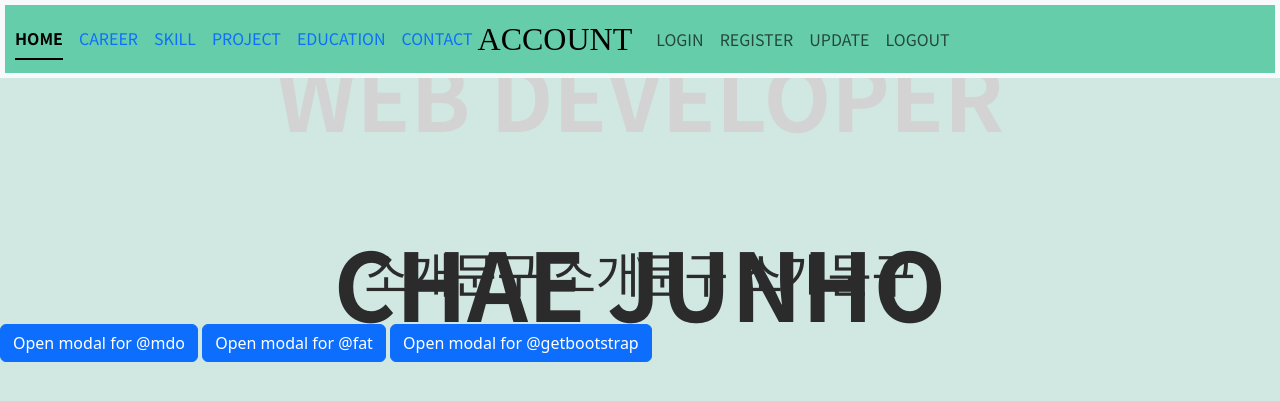
Repository: chaejunho689/bitcamp
Page: PersonalProject/src/main/webapp/index.html
An editor plug-in stored every save of this project. The page is shown before and after the next save, followed by the edit.
The browser window is 1280 px wide. The pictures show the whole page.

Above is the page before, as saved 2024-08-29 09:38:56.

### PersonalProject/src/main/webapp/index.html
<!DOCTYPE html>
<html>
<head>
<meta charset="UTF-8">
<title>Insert title here</title>
<link href="https://cdn.jsdelivr.net/npm/bootstrap@5.3.3/dist/css/bootstrap.min.css" rel="stylesheet" integrity="sha384-QWTKZyjpPEjISv5WaRU9OFeRpok6YctnYmDr5pNlyT2bRjXh0JMhjY6hW+ALEwIH" crossorigin="anonymous">
<link rel="stylesheet" href="./css/global.css" />
<style type="text/css">
</style>
</head>
<body>



	<!-- gnb -->
	<nav class="navbar navbar-expand-lg bg-body-tertiary" id="navbar_top">
		<div class="container-fluid" id="navbar_top">
		<ul class="nav nav-underline justify-content-end" id="navbar_top">
			<li class="nav-item"><a class="nav-link active"
				aria-current="page" href="./index.html">HOME</a></li>
			<li class="nav-item"><a class="nav-link" href="#">CAREER</a></li>
			<li class="nav-item"><a class="nav-link" href="#">SKILL</a></li>
			<li class="nav-item"><a class="nav-link" href="#">PROJECT</a></li>
			<li class="nav-item"><a class="nav-link" href="#">EDUCATION</a></li>
			<li class="nav-item"><a class="nav-link" href="./contact.html">CONTACT</a></li>
		</ul>
		<button class="navbar-toggler" style="border: 0px;" type="button" data-bs-toggle="collapse" data-bs-target="#navbarTogglerDemo01" aria-controls="navbarTogglerDemo01" aria-expanded="false" aria-label="Toggle navigation">
			<span class="navbar-toggler-icon"></span>
		</button>
			<div class="collapse navbar-collapse " id="navbarTogglerDemo01">
				<a class="navbar-brand" href="#">ACCOUNT</a>
				<ul class="navbar-nav me-auto mb-2 mb-lg-0">
					<li class="nav-item"><a class="nav-link" aria-current="page" href="./login.html">LOGIN</a></li>
					<li class="nav-item"><a class="nav-link" href="./register.html">REGISTER</a></li>
					<li class="nav-item"><a class="nav-link" href="./update.html">UPDATE</a></li>
					<li class="nav-item"><a class="nav-link" href="#">LOGOUT</a></li> <!-- model창 -->
				</ul>
			</div>
		</div>
	</nav>
	<div id="maincontent"> <!-- content -->
		<div id="div_job">
			<p> WEB DEVELOPER	</p>
		</div >
		<div id="div_name">
			<p> CHAE JUNHO </p>
		</div>
		<div id="div_copyright">\
			<p > 소개문구 소개문구 소개문구  </p>
			<p style="display: none;"> 끊임없이 생각하고 발전하는 개발자 채준호입니다. </p>
		</div>
	</div>


<button type="button" class="btn btn-primary" data-bs-toggle="modal" data-bs-target="#exampleModal" data-bs-whatever="@mdo">Open modal for @mdo</button>
<button type="button" class="btn btn-primary" data-bs-toggle="modal" data-bs-target="#exampleModal" data-bs-whatever="@fat">Open modal for @fat</button>
<button type="button" class="btn btn-primary" data-bs-toggle="modal" data-bs-target="#exampleModal" data-bs-whatever="@getbootstrap">Open modal for @getbootstrap</button>

<div class="modal fade" id="exampleModal" tabindex="-1" aria-labelledby="exampleModalLabel" aria-hidden="true" style="display: none;">
  <div class="modal-dialog">
    <div class="modal-content">
      <div class="modal-header">
        <h5 class="modal-title" id="exampleModalLabel">New message</h5>
        <button type="button" class="btn-close" data-bs-dismiss="modal" aria-label="Close"></button>
      </div>
      <div class="modal-body">
        <form>
          <div class="mb-3">
            <label for="recipient-name" class="col-form-label">Recipient:</label>
            <input type="text" class="form-control" id="recipient-name">
          </div>
          <div class="mb-3">
            <label for="message-text" class="col-form-label">Message:</label>
            <textarea class="form-control" id="message-text"></textarea>
          </div>
        </form>
      </div>
      <div class="modal-footer">
        <button type="button" class="btn btn-secondary" data-bs-dismiss="modal">Close</button>
        <button type="button" class="btn btn-primary">Send message</button>
      </div>
    </div>
  </div>
</div>

<script src="https://cdn.jsdelivr.net/npm/bootstrap@5.3.3/dist/js/bootstrap.bundle.min.js" integrity="sha384-YvpcrYf0tY3lHB60NNkmXc5s9fDVZLESaAA55NDzOxhy9GkcIdslK1eN7N6jIeHz" crossorigin="anonymous"></script>
<script type="text/javascript" src="http://code.jquery.com/jquery-3.7.1.min.js"></script>
<script type="text/javascript">
$(function() {

	var exampleModal = document.getElementById('exampleModal')
	exampleModal.addEventListener('show.bs.modal', function (event) {
	  // Button that triggered the modal
	  var button = event.relatedTarget
	  // Extract info from data-bs-* attributes
	  var recipient = button.getAttribute('data-bs-whatever')
	  // If necessary, you could initiate an AJAX request here
	  // and then do the updating in a callback.
	  //
	  // Update the modal's content.
	  var modalTitle = exampleModal.querySelector('.modal-title')
	  var modalBodyInput = exampleModal.querySelector('.modal-body input')

	  modalTitle.textContent = 'New message to ' + recipient
	  modalBodyInput.value = recipient
	})
});
</script>
</body>
</html>

### PersonalProject/src/main/webapp/css/global.css
@charset "UTF-8";
@import url('https://fonts.googleapis.com/css2?family=Work+Sans:ital,wght@0,100..900;1,100..900&display=swap');
@import url('https://fonts.googleapis.com/css2?family=Noto+Sans+KR:wght@100..900&family=Work+Sans:ital,wght@0,100..900;1,100..900&display=swap');


* {
		font-family: 'Noto Sans KR';
	}

	body {
		background-color: #d0e7e2;
	}
	.navbar-brand {
		font-size: 2em;
		font-family: 'Bebas Neue';
	}

	#navbar_top {
		background-color: #66CDAA;
		padding: 5px 5px 5px 5px;
	}

	#navbar_top > li {
		font-family: 'Work Sans';
	}

	#navbar_top > li > a:visited {
    	color: #000000 !important;
	}

	#navbar_top > li > a:hover, ul.nav li a:active {
	    color: #000000 !important;
	}

	#navbar_top > li.active a {
	    color: #000000 !important;
	}

	#maincontent > div {
		font-family: 'Work Sans';

	}

	#maincontent > div > p {
		text-align: center;
	}

	#div_name > p {
		font-weight: 900;
		font-size: 5.9em;
		color : #2b2b2b;
		margin-top : 50px;
		margin-bottom: -100px;
		position : relative;
		z-index: 100;
	}

	#div_job > p {
		font-weight: 800;
		font-size: 5.5em;
		color: #D3D3D3;
		margin-top: -100px;
		position : relative;
		z-index: -5;
	}



	#div_copyright > p {
		font-family: 'Noto Sans KR' !important;
		font-size: 3em;
		font-weight: 400;
		color: #2b2b2b;
		margin-top: -40px;
	}

	/************************/
	 /* 메인 컨텐츠 스타일 */
    #maincontent {
        text-align: center;
        margin-top: 50px;
        position: relative;
    }

    /* 이미지 컨테이너 스타일 */
    .image-container {
    	padding-top: 50px;
        position: relative;
        display: inline-block;
        margin: 10px;
        transition: transform 0.3s ease;
    }

    /* 이미지 스타일 */
    .image-container img {
        border: 5px solid rgba(255, 255, 255, 0.5);
        border-radius: 10px;
        width: 800px;
        height: 800px;
        object-fit: cover;
        transition: opacity 0.3s ease;
    }

    /* 이미지 오버레이 효과 */
    .image-container:hover img {
        opacity: 0.7;
    }

    /* 이미지 겹치기 효과 */
    .image1 {
	/*         transform: rotate(-5deg); */
        z-index: 1;
    }

    .image2 {
	/*         transform: rotate(5deg); */
		top: -50px;
        z-index: 2;
        margin-left: -100px;
    }


	/************게시판글쓰기버튼************/
    /* 기본 상태 스타일링 */
	.write-btn {
	    transition: background-color 0.3s ease, border-color 0.3s ease, color 0.3s ease;
	    border-color: #66CDAA;
	    background-color: #bde7de;
	    color: black;
	}

	/* hover 상태 스타일링 */
	.write-btn:hover {
	    background-color: #66CDAA; /* 배경색을 변경 */
	    border-color: #4CAF50; /* 테두리 색상을 변경 */
	    color: white; /* 텍스트 색상을 변경 */
	}


	/*************게시판 ***********/
	/* 링크 스타일 제거 */
	.no-style-link {
	    color: inherit;
	    text-decoration: none; /* 밑줄 제거 */
	}

	/* 링크에 마우스를 올렸을 때 색상 변경 (옵션) */
	.no-style-link:hover {
	    color: inherit;
	    text-decoration: none; /* 밑줄 제거 */
	}
	.clickable-row {
    	cursor: pointer;
	}

After the next save:
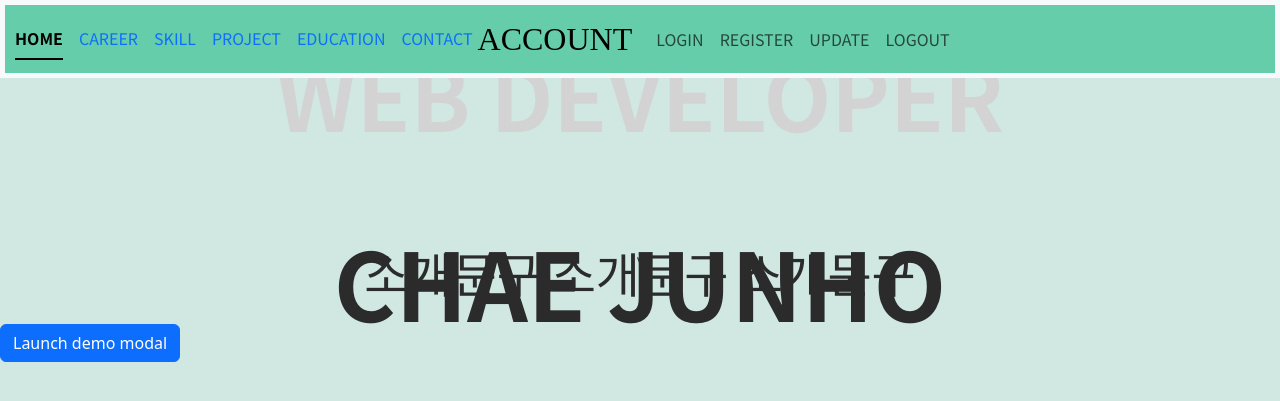
Saved 119 s later.
--- a/PersonalProject/src/main/webapp/index.html
+++ b/PersonalProject/src/main/webapp/index.html
@@ -51,33 +51,25 @@
 		</div>
 	</div>
 
+<!-- Button trigger modal -->
+<button type="button" class="btn btn-primary" data-bs-toggle="modal" data-bs-target="#exampleModal">
+  Launch demo modal
+</button>
 
-<button type="button" class="btn btn-primary" data-bs-toggle="modal" data-bs-target="#exampleModal" data-bs-whatever="@mdo">Open modal for @mdo</button>
-<button type="button" class="btn btn-primary" data-bs-toggle="modal" data-bs-target="#exampleModal" data-bs-whatever="@fat">Open modal for @fat</button>
-<button type="button" class="btn btn-primary" data-bs-toggle="modal" data-bs-target="#exampleModal" data-bs-whatever="@getbootstrap">Open modal for @getbootstrap</button>
-
-<div class="modal fade" id="exampleModal" tabindex="-1" aria-labelledby="exampleModalLabel" aria-hidden="true" style="display: none;">
+<!-- Modal -->
+<div class="modal fade" id="exampleModal" tabindex="-1" aria-labelledby="exampleModalLabel" aria-hidden="true">
   <div class="modal-dialog">
     <div class="modal-content">
       <div class="modal-header">
-        <h5 class="modal-title" id="exampleModalLabel">New message</h5>
+        <h5 class="modal-title" id="exampleModalLabel">Modal title</h5>
         <button type="button" class="btn-close" data-bs-dismiss="modal" aria-label="Close"></button>
       </div>
       <div class="modal-body">
-        <form>
-          <div class="mb-3">
-            <label for="recipient-name" class="col-form-label">Recipient:</label>
-            <input type="text" class="form-control" id="recipient-name">
-          </div>
-          <div class="mb-3">
-            <label for="message-text" class="col-form-label">Message:</label>
-            <textarea class="form-control" id="message-text"></textarea>
-          </div>
-        </form>
+        ...
       </div>
       <div class="modal-footer">
         <button type="button" class="btn btn-secondary" data-bs-dismiss="modal">Close</button>
-        <button type="button" class="btn btn-primary">Send message</button>
+        <button type="button" class="btn btn-primary">Save changes</button>
       </div>
     </div>
   </div>

After the save that followed:
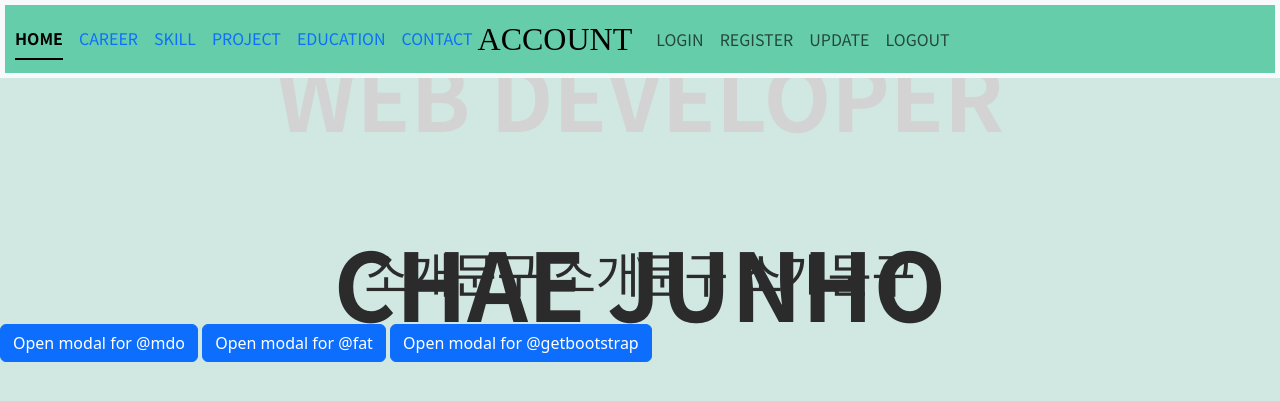
Saved 25 s later.
--- a/PersonalProject/src/main/webapp/index.html
+++ b/PersonalProject/src/main/webapp/index.html
@@ -51,25 +51,33 @@
 		</div>
 	</div>
 
-<!-- Button trigger modal -->
-<button type="button" class="btn btn-primary" data-bs-toggle="modal" data-bs-target="#exampleModal">
-  Launch demo modal
-</button>
 
-<!-- Modal -->
-<div class="modal fade" id="exampleModal" tabindex="-1" aria-labelledby="exampleModalLabel" aria-hidden="true">
+<button type="button" class="btn btn-primary" data-bs-toggle="modal" data-bs-target="#exampleModal" data-bs-whatever="@mdo">Open modal for @mdo</button>
+<button type="button" class="btn btn-primary" data-bs-toggle="modal" data-bs-target="#exampleModal" data-bs-whatever="@fat">Open modal for @fat</button>
+<button type="button" class="btn btn-primary" data-bs-toggle="modal" data-bs-target="#exampleModal" data-bs-whatever="@getbootstrap">Open modal for @getbootstrap</button>
+
+<div class="modal fade" id="exampleModal" tabindex="-1" aria-labelledby="exampleModalLabel" aria-hidden="true" style="display: none;">
   <div class="modal-dialog">
     <div class="modal-content">
       <div class="modal-header">
-        <h5 class="modal-title" id="exampleModalLabel">Modal title</h5>
+        <h5 class="modal-title" id="exampleModalLabel">New message</h5>
         <button type="button" class="btn-close" data-bs-dismiss="modal" aria-label="Close"></button>
       </div>
       <div class="modal-body">
-        ...
+        <form>
+          <div class="mb-3">
+            <label for="recipient-name" class="col-form-label">Recipient:</label>
+            <input type="text" class="form-control" id="recipient-name">
+          </div>
+          <div class="mb-3">
+            <label for="message-text" class="col-form-label">Message:</label>
+            <textarea class="form-control" id="message-text"></textarea>
+          </div>
+        </form>
       </div>
       <div class="modal-footer">
         <button type="button" class="btn btn-secondary" data-bs-dismiss="modal">Close</button>
-        <button type="button" class="btn btn-primary">Save changes</button>
+        <button type="button" class="btn btn-primary">Send message</button>
       </div>
     </div>
   </div>
